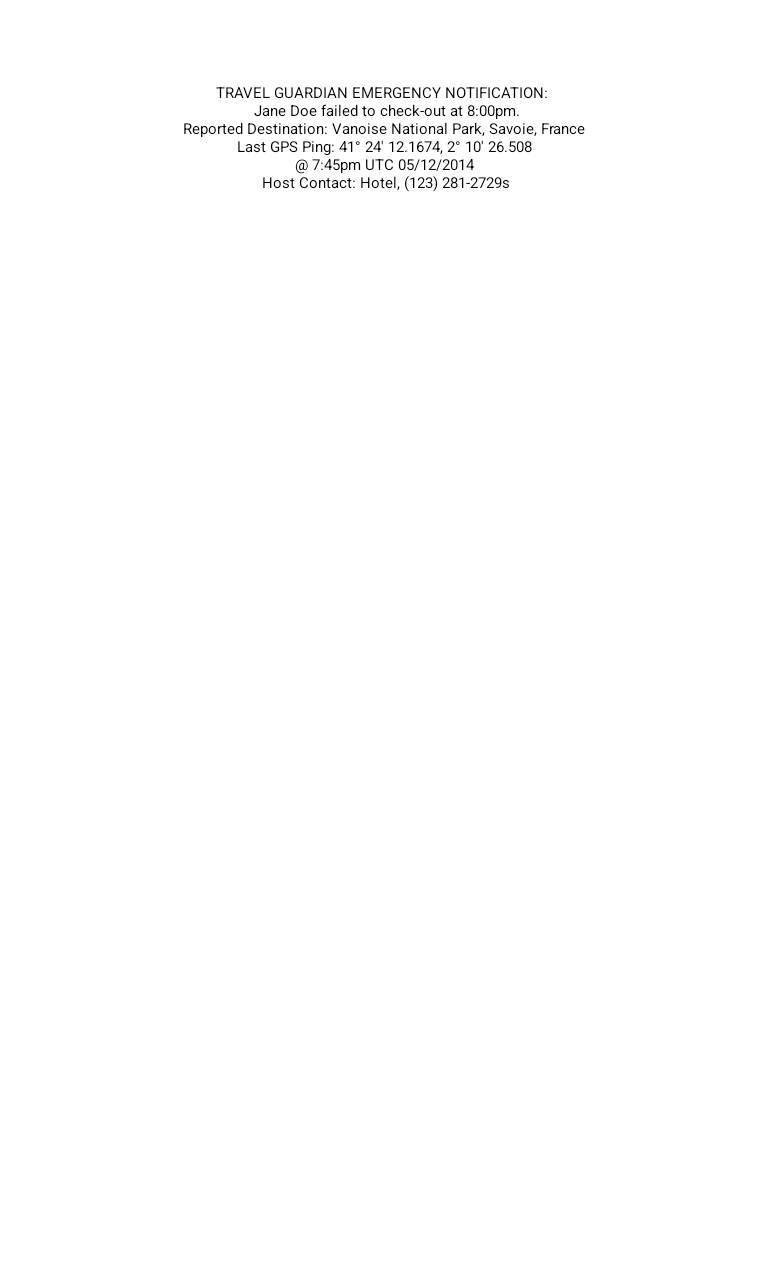
Repository: leo195162839/Test-Repo
Layout: TravelGuardian/res/layout/fragment_broadcast.xml
The author's editor kept a copy of each file at every save. The layout is drawn from the files as they stood at one save, then again after the next save.
It is drawn on a 768 x 1280 px phone screen (xhdpi) without system bars, with theme Theme.Base.AppCompat; the app's code is not run.

Above is the layout before, as saved 2014-06-15 17:07:39.

After the next save:
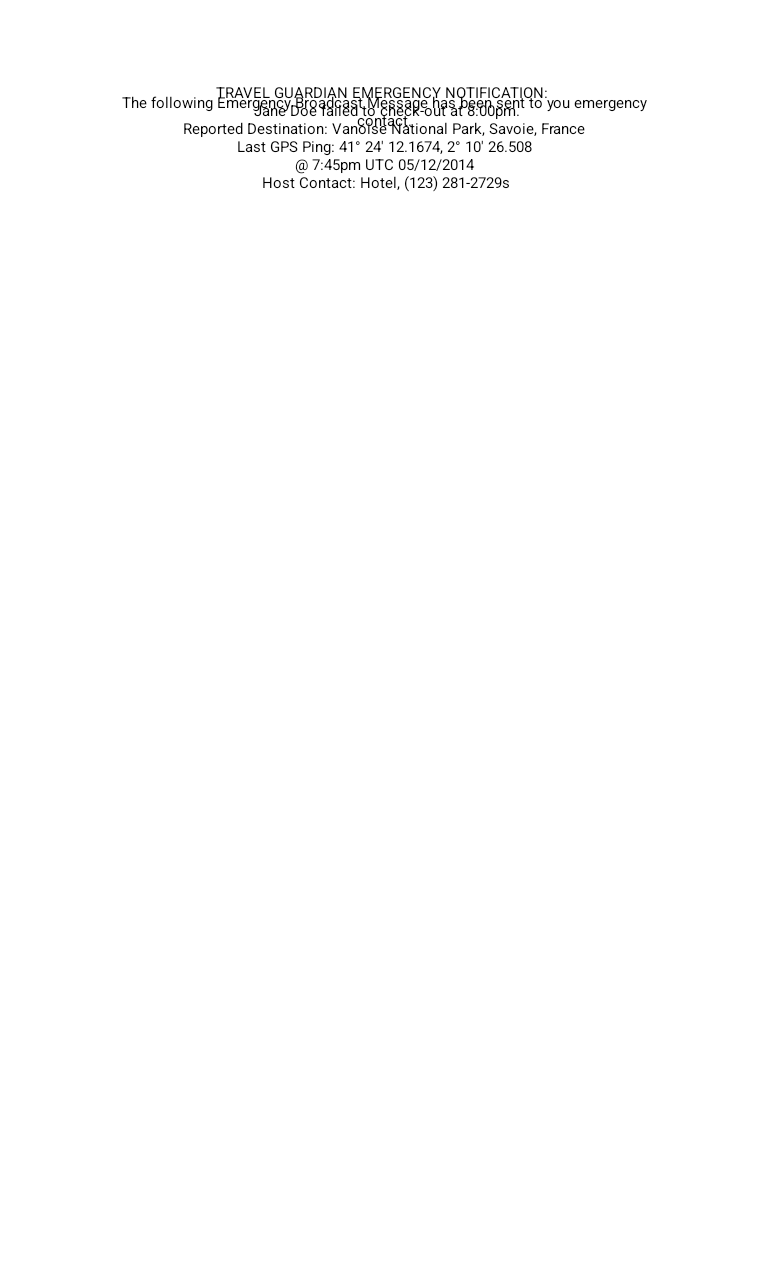
Saved 13 s later.
--- a/TravelGuardian/res/layout/fragment_broadcast.xml
+++ b/TravelGuardian/res/layout/fragment_broadcast.xml
@@ -9,6 +9,14 @@
     tools:context="com.cse4471.travelguardian.Broadcast$PlaceholderFragment" >
 
         <TextView
+        android:id="@+id/SentNotification"
+        android:layout_width="fill_parent"
+        android:layout_height="wrap_content"
+        android:gravity="center"
+        android:padding="30sp"
+        android:text="@string/Sent_Notification" />
+
+        <TextView
         android:id="@+id/BroadcastMessage"
         android:layout_width="fill_parent"
         android:layout_height="wrap_content"
